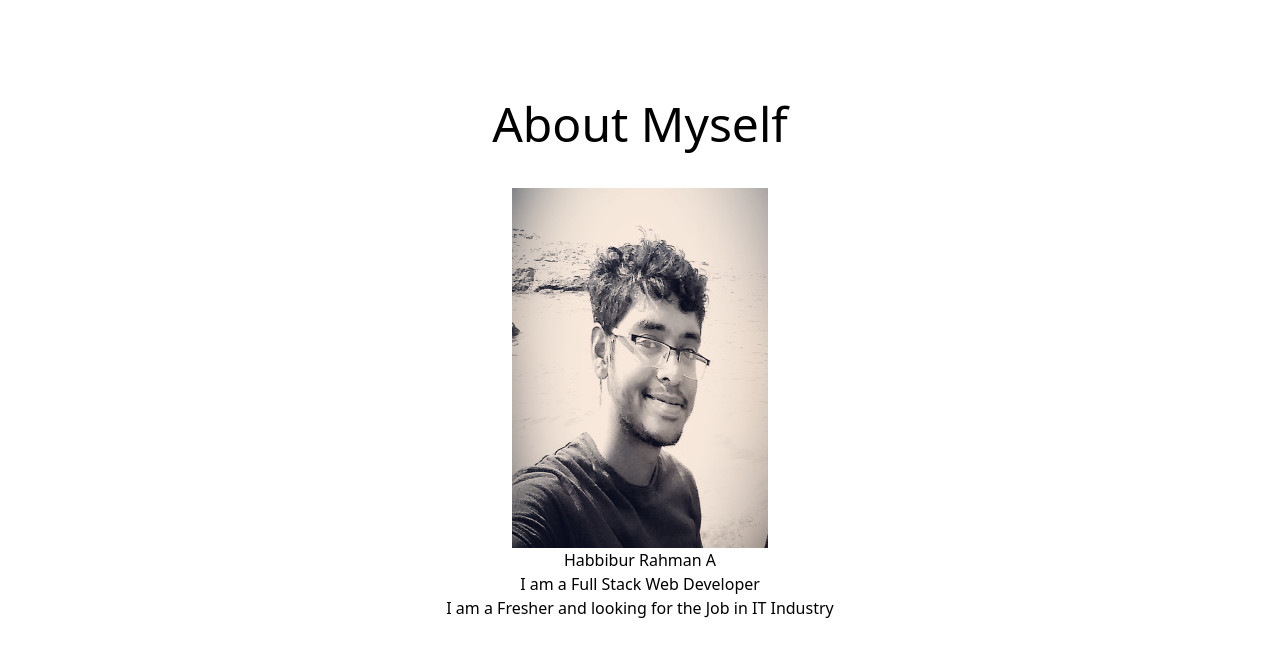
Repository: Habeebur1493/project
Page: /About
The author's editor kept a copy of each file at every save. The page is drawn from the files as they stood at one save, then again after the next save.
The browser window is 1280 px wide. The pictures show the whole page.
The page's requests for data from a server got no answer. The project was rebuilt for these pictures with package versions that can differ from the ones it lists, and the page was loaded fresh each time. No one was signed in, and anything a server would have sent is missing. Also part of the build but not shown: vite.config.js, src/Components/Login.jsx, src/Components/Nav.jsx, src/Components/Loading.jsx, src/Components/Home.jsx, src/Components/Details.jsx, src/Components/Services.jsx, src/Components/Contact.jsx.

Above is the page before, as saved 2025-01-31 20:30:07.

### index.html
<!doctype html>
<html lang="en">
  <head>
    <meta charset="UTF-8" />
    <meta name="viewport" content="width=device-width, initial-scale=1.0" />
    <title>Project</title>
  </head>
  <body>
    <div id="root"></div>
    <script type="module" src="/src/main.jsx"></script>
  </body>
</html>

### src/main.jsx
import React from "react";
import { createRoot } from "react-dom/client";
import App from "./App.jsx";
import { BrowserRouter } from "react-router-dom";
import Context from "./Components/utils/Context.jsx";

createRoot(document.getElementById("root")).render(
  <Context>
    <BrowserRouter>
      <App />
    </BrowserRouter>
    </Context>

);

### src/App.jsx
import React from "react";
import "./App.css";
import { Route, Routes } from "react-router-dom";
import Login from "./Components/Login.jsx";
import Home from "./Components/Home.jsx";
import Details from "./Components/Details.jsx";
import About from "./Components/About.jsx";
import Services from "./Components/Services.jsx";
import Contact from "./Components/Contact.jsx";


const App = () => {
  return (
    <div className="h-screen w-screen flex">
      <Routes>
        <Route path="/" element={<Login />} />
        <Route path="/Home" element={<Home />} />
        <Route path="/details/:id" element={<Details />} />
        <Route path="/About" element={<About />} />
        <Route path="/Services" element={<Services />} />
        <Route path="/Contact" element={<Contact />} />
      </Routes>
    </div>
  );
};

export default App;

### src/Components/utils/Context.jsx
import React, { createContext, useEffect, useState } from "react";
import axios from "axios";

export const ProductContext = createContext();

const Context = ({children}) => {
  const [products, setproducts] = useState([]);

  const getproducts = async () => {
    try {
      const { data } = await axios.get("https://fakestoreapi.com/products");
      setproducts(data);
    } catch (error) {
      console.log( "Error Fetching products"  ,error);
    }
  };

  useEffect(() => {
    getproducts();
  }, []);

  return (
    <ProductContext.Provider value={{products, setproducts}}>
      {children}
    </ProductContext.Provider>
  );
};

export default Context;

### src/Components/About.jsx
import React from 'react'


const About = () => {
  return (
    <div className='w-full h-full flex flex-col justify-center items-center'>
      <h1 className='text-5xl mb-10'>About Myself</h1>
      <img className='w-[20%] h-[50%] ' src="src\Components\IMG\IMG_20180427_173521_379.jpg" alt="" />
      <h1>Habbibur Rahman A</h1>
      <h2>I am a Full Stack Web Developer</h2>
      <h3>I am a Fresher and looking for the Job in IT Industry</h3>
    </div>
  )
}

export default About

Loaded but not shown: src/App.css (common file)

After the next save:
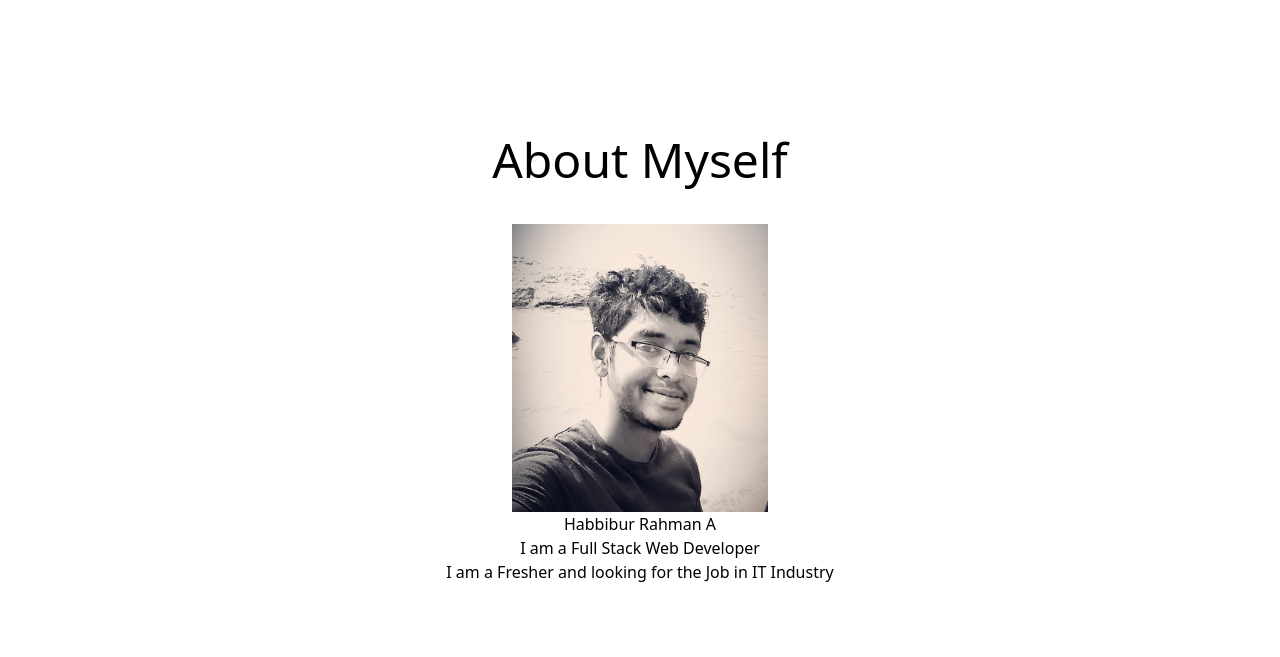
Saved 4 s later.
--- a/src/Components/About.jsx
+++ b/src/Components/About.jsx
@@ -5,7 +5,7 @@ const About = () => {
   return (
     <div className='w-full h-full flex flex-col justify-center items-center'>
       <h1 className='text-5xl mb-10'>About Myself</h1>
-      <img className='w-[20%] h-[50%] ' src="src\Components\IMG\IMG_20180427_173521_379.jpg" alt="" />
+      <img className='w-[20%] h-[40%] ' src="src\Components\IMG\IMG_20180427_173521_379.jpg" alt="" />
       <h1>Habbibur Rahman A</h1>
       <h2>I am a Full Stack Web Developer</h2>
       <h3>I am a Fresher and looking for the Job in IT Industry</h3>
